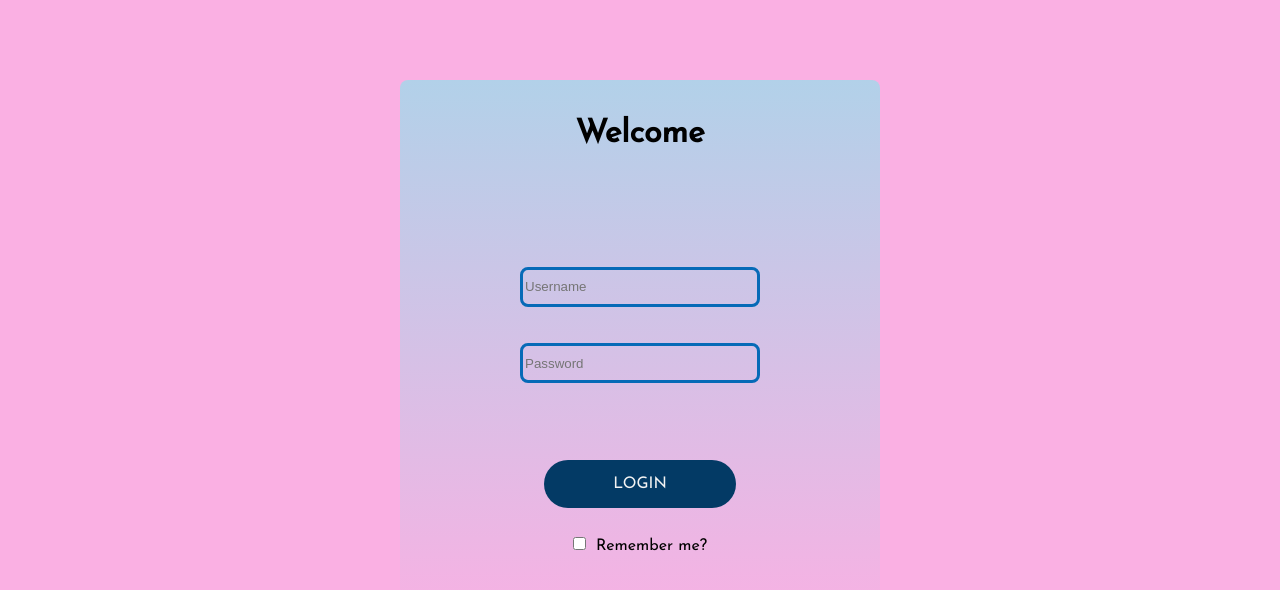
Repository: Tahaa2t/Researchers
Page: /
The author's editor kept a copy of each file at every save. The page is drawn from the files as they stood at one save, then again after the next save.
The browser window is 1280 px wide. The pictures show the whole page.
The project was rebuilt for these pictures with package versions that can differ from the ones it lists, and the page was loaded fresh each time.

Above is the page before, as saved 2023-06-22 01:03:30.

### src/App.js
import "./App.css"
import LoginForm from "./Components/loginform"


function App() {
  return (
    <div className="App">
      <LoginForm />
    </div>
  );
}

export default App;

### src/Components/loginform.js
import React from "react"
import "./css/loginstyle.css"

const LoginForm = () => {
  return(
    <div className="page">
      <div className="cover">
        <h1>Welcome</h1>
        <input type="text" placeholder="Username"></input>
        <input type="password" placeholder="Password"></input>
        <div className="login-btn">LOGIN</div>
        <div className="check-btn">
          <input type="checkbox"></input>
          <p>Remember me?</p>
        </div>
      </div>
    </div>
  )
}

export default LoginForm

### src/Components/css/loginstyle.css
@import url('https://fonts.googleapis.com/css?family=Josefin+Sans');


/* notes

---centering something---
display: flex;
  justify-content: center;
  align-items: center;



--- neechay ya uper se qareeb krna ho tou---
.check-btn {
  position: relative;
  bottom: 3em;
}
*/


* {
  margin: 0;
  box-sizing: border-box;
}

.page {
  background-color: rgb(250, 176, 227);
  height: 100vh;
  width: 100%;
  display: flex;
  justify-content: center;
  align-items: center;
  font-family: 'Josefin Sans', cursive;
}

.cover {
  background-image: linear-gradient(rgba(178, 209, 233, 1), rgba(178, 209, 233, 0));
  width: 30em;
  height: 35em;
  position: relative;
  border-radius: 0.5em;
  /* box-shadow: 0 0.188em 1.5em rgb(156, 156, 156); */
  display: flex;
  flex-direction: column;
  align-items: center;
justify-content: space-around;

}

input[type=text]{
  background-color: rgba(0,0,0,0);
  border-color: rgb(6, 106, 183);
  border-radius: 8px 8px 8px 8px;
  border-width: 0.25em;
  border-style: solid;
  /* outline-color: rgb(6, 106, 183); */
  height: 3em;
  width: 50%;
  position: relative;
  bottom: -3em;
}


input[type=password]{
  background-color: rgba(0,0,0,0);
  border-color: rgb(6, 106, 183);
  border-radius: 8px 8px 8px 8px;
  border-width: 0.25em;
  border-style: solid;
  /* outline-color: rgb(6, 106, 183); */
  height: 3em;
  width: 50%;
}

.login-btn {
  width: 40%;
  height: 3em;
  background-color: rgb(3, 58, 101);
  color: rgb(243, 243, 243);
  display: flex;
  justify-content: center;
  align-items: center;
  transition: 0.5s;
  border: rgb(3, 58, 101);
  border-radius: 50px 50px 50px 50px;
  cursor: pointer;
}
.login-btn:hover {
  transform: scale(1.15);
}

.check-btn {
  position: relative;
  bottom: 3em;
}

.check-btn input {
  display:inline-block;
  margin-right:10px;
}
.check-btn p {
  display:inline-block;
}

.logo-ipsum {


  /* Logo */

  width: 350px;
  height: 76px;


  /* Inside auto layout */
  flex: none;
  order: 0;
  flex-grow: 0;


  /* Vector */

  position: absolute;
  left: 1.44%;
  right: 80.58%;
  top: 5.23%;
  bottom: 19.07%;

  /* Foundation /Secondary/secondary-600 */
  background: #DA0095;


  /* Vector */

  position: absolute;
  left: 3.2%;
  right: 78.43%;
  top: 6.5%;
  bottom: 5.4%;

  /* Foundation /Primary/primary-200 */
  background: #8CBADE;


  /* Vector */

  position: absolute;
  left: 3.62%;
  right: 80.61%;
  top: 11.37%;
  bottom: 19.53%;

  /* Foundation /Primary/primary-800 */
  background: #033A65;


  /* Vector */

  position: absolute;
  left: 55.22%;
  right: 42.12%;
  top: 18.33%;
  bottom: 32.47%;

  /* Foundation /Primary/primary-800 */
  background: #033A65;


  /* Vector */

  position: absolute;
  left: 59.29%;
  right: 32.76%;
  top: 32.58%;
  bottom: 18.87%;

  /* Foundation /Primary/primary-800 */
  background: #033A65;


  /* Vector */

  position: absolute;
  left: 67.83%;
  right: 25.93%;
  top: 32.58%;
  bottom: 31.46%;

  /* Foundation /Primary/primary-800 */
  background: #033A65;


  /* Vector */

  position: absolute;
  left: 75.08%;
  right: 17.83%;
  top: 33.55%;
  bottom: 31.49%;

  /* Foundation /Primary/primary-800 */
  background: #033A65;


  /* Vector */

  position: absolute;
  left: 83.79%;
  right: 5.12%;
  top: 32.56%;
  bottom: 32.47%;

  /* Foundation /Primary/primary-800 */
  background: #033A65;


  /* Vector */

  position: absolute;
  left: 95.11%;
  right: 1.6%;
  top: 18.21%;
  bottom: 66.66%;

  /* Foundation /Primary/primary-800 */
  background: #033A65;


  /* Vector */

  position: absolute;
  left: 24.97%;
  right: 45.81%;
  top: 17.92%;
  bottom: 17.88%;

  /* Foundation /Primary/primary-800 */
  background: #033A65;
}

Loaded but not shown: public/index.html (common file); src/index.js (common file); src/index.css (common file); src/reportWebVitals.js (common file); src/App.css (common file)

After the next save:
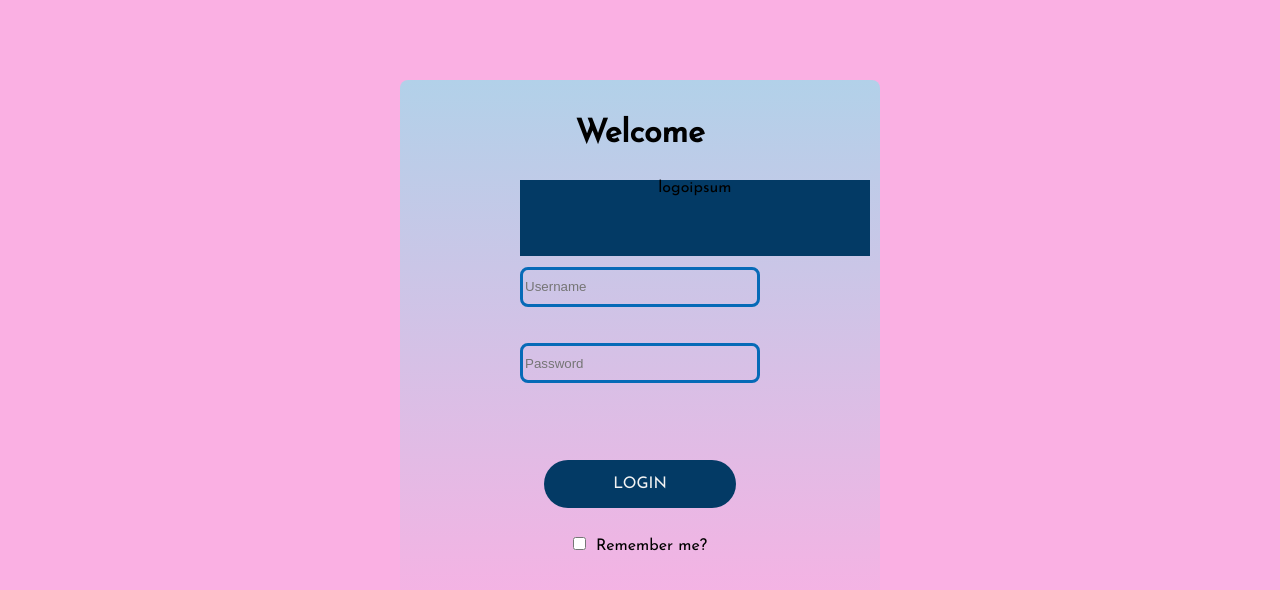
Saved 38 s later.
--- a/src/Components/loginform.js
+++ b/src/Components/loginform.js
@@ -5,6 +5,7 @@
   return(
     <div className="page">
       <div className="cover">
+      <div className="logo-ipsum">logoipsum</div>
         <h1>Welcome</h1>
         <input type="text" placeholder="Username"></input>
         <input type="password" placeholder="Password"></input>

After the 2 saves that followed:
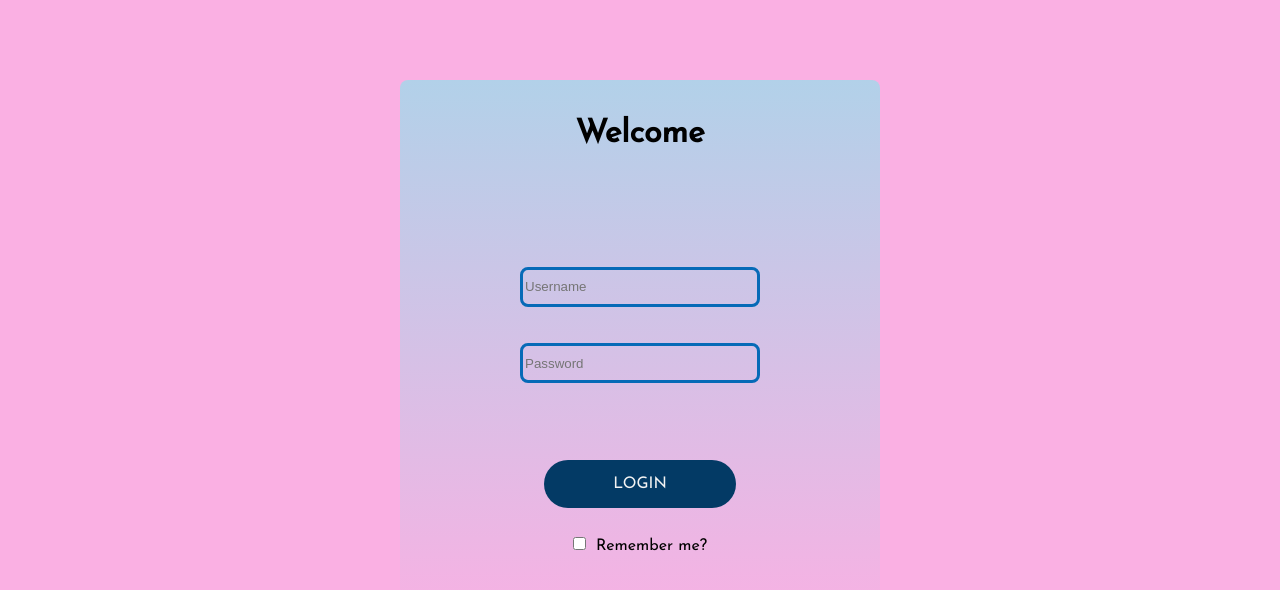
The 2 saves are shown as one change because 1 left the picture as it was.
The last was saved 30 s later.
--- a/src/Components/loginform.js
+++ b/src/Components/loginform.js
@@ -5,7 +5,6 @@
   return(
     <div className="page">
       <div className="cover">
-      <div className="logo-ipsum">logoipsum</div>
         <h1>Welcome</h1>
         <input type="text" placeholder="Username"></input>
         <input type="password" placeholder="Password"></input>
